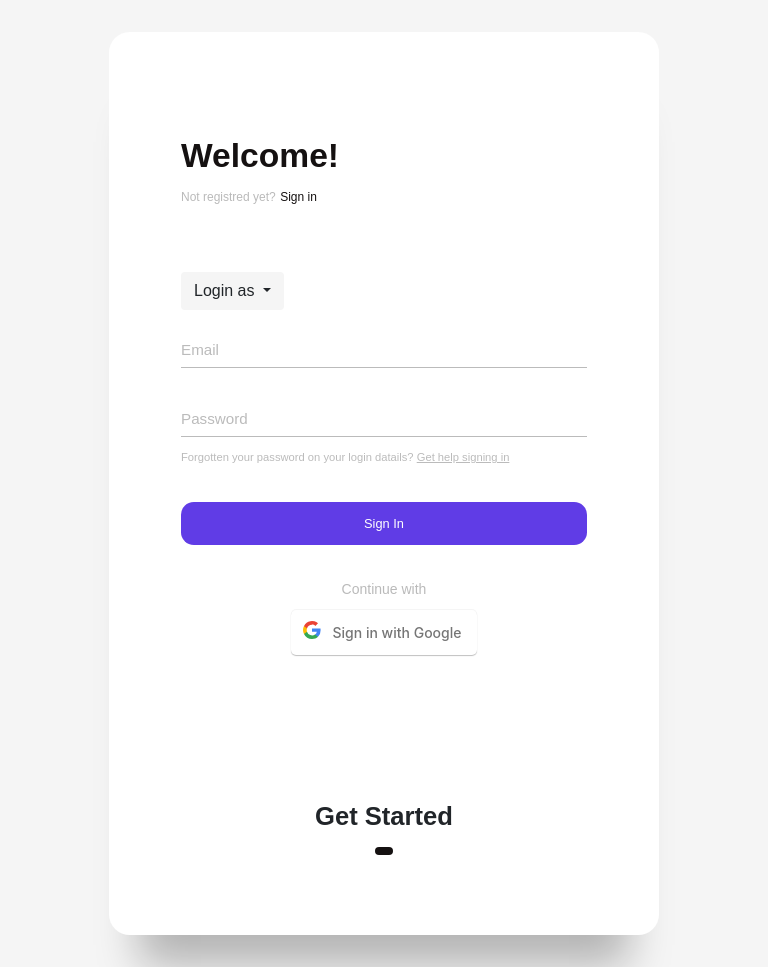
Repository: adrcstro/plate-to-place
Page: http://localhost/Loginsystem/Login.php
An editor plug-in stored every save of this project. The page is shown before and after the next save, followed by the edit.
The browser window is 768 px wide. The pictures show the whole page.
Some web fonts or font styles are not loaded; a fallback is used. Some web libraries are served in a nearby version. The page is run by PHP 8.4 with error messages shown; the project is at /var/www/html/.

Above is the page before, as saved 2023-10-31 13:13:16.

### Loginsystem/login.php
<!DOCTYPE html>
<html lang="en">
<head>
    <meta charset="UTF-8">
    <meta name="viewport" content="width=device-width, initial-scale=1.0">
    <link rel="shortcut icon" type="x-icon" href="../images/webicon.png">
    <link rel="stylesheet" href="../css/bootstrap.min.css">
    <link rel="stylesheet" href="https://cdnjs.cloudflare.com/ajax/libs/font-awesome/6.3.0/css/all.min.css" integrity="sha512-SzlrxWUlpfuzQ+pcUCosxcglQRNAq/DZjVsC0lE40xsADsfeQoEypE+enwcOiGjk/bSuGGKHEyjSoQ1zVisanQ==" crossorigin="anonymous" referrerpolicy="no-referrer"/>
    <link rel="stylesheet" href="login.css">

    <title>Brangay409-3WHeel-Tracking-System</title>
</head>

<body>

<main>
      <div class="box">
        <div class="inner-box">
          <div class="forms-wrap">
            <form action="index.html" autocomplete="off" class="sign-in-form">

<script>
    function changeLoginType(type) {
        document.getElementById('loginDropdown').innerText = 'Login as ' + type;
    }
</script>
              <div class="heading">
                <h2>Welcome!</h2>
                <h6>Not registred yet?</h6>
                <a href="#" class="toggle" data-target="img-2">Sign in</a>
              </div>
              <div class="dropdown">
    <button class="btn dropdown-toggle" type="button" data-bs-toggle="dropdown" aria-expanded="false" id="loginDropdown">
        Login as
    </button>
    <ul class="dropdown-menu">
        <li><a class="dropdown-item" href="#" onclick="changeLoginType('Passenger')">Passenger</a></li>
        <li><a class="dropdown-item" href="#" onclick="changeLoginType('Driver')">Driver</a></li>
        <li><a class="dropdown-item" href="#" onclick="changeLoginType('Admin')">Admin</a></li>
    </ul>
</div>

<div class="formsignin">
              <div class="actual-form">
                <div class="input-wrap">
                  <input
                    type="text"
                    minlength="4"
                    class="input-field"
                    autocomplete="off"
                    required
                  />
                  <label>Email</label>
                </div>

                <div class="input-wrap">
                  <input
                    type="password"
                    minlength="4"
                    class="input-field"
                    autocomplete="off"
                    required
                  />
                  <label>Password</label>
                </div>
                <p class="text">
                  Forgotten your password on your login datails?

                  <a href="Forgotpassword.php" data-target="img-3">Get help signing in</a>
                </p>
                <input type="submit" value="Sign In" class="sign-btn" />
                <h5 id="textcon">Continue with</h5>
                <button type="button" class="login-with-google-btn" >
                Sign in with Google
                 </button>
              </div>
              </div>
            </form>


            <form action="index.html" autocomplete="off" class="sign-up-form">

              <div class="heading">


                <h2>Get Started</h2>
                <h6>Already have an account?</h6>
                <a href="#" class="toggle" data-target="img-1">Sign up</a>
              </div>
              <div class="dropdownsignup">
    <button class="btn dropdown-toggle" type="button" data-bs-toggle="dropdown" aria-expanded="false" id="loginDropdown">
        Signup as
    </button>
    <ul class="dropdown-menu">
        <li><a class="dropdown-item" href="Passenger.php" onclick="changeLoginType('Passenger')">Passenger</a></li>
        <li><a class="dropdown-item" href="Driverlogin.php" onclick="changeLoginType('Driver')">Driver</a></li>
    </ul>
</div>
              <div class="actual-form">
                <div class="input-wrap">
                  <input
                    type="text"
                    minlength="4"
                    class="input-field"
                    autocomplete="off"
                    required
                  />
                  <label>Name</label>
                </div>

                <div class="input-wrap">
                  <input
                    type="email"
                    class="input-field"
                    autocomplete="off"
                    required
                  />
                  <label>Email</label>
                </div>

                <div class="input-wrap">
                  <input
                    type="password"
                    minlength="4"
                    class="input-field"
                    autocomplete="off"
                    required
                  />
                  <label>Password</label>
                </div>
                <p class="text">
                  By signing up, I agree to the
                  <a href="#">Terms of Services</a> and
                  <a href="#">Privacy Policy</a>
                </p>
                <input type="submit" value="Sign Up" class="sign-btn" />
                <div class="logtext">
                <h5 id="textcon">Continue with</h5>
                <button type="button" class="login-with-google-btn" >
                Sign in with Google
                 </button>
                 </div>
              </div>
            </form>



          </div>

          <div class="carousel">
  <div class="images-wrapper">
    <img src="../images/login.svg" class="image img-1 show" data-image="img-1" alt="" />
    <img src="../images/Signup.svg" class="image img-2" data-image="img-2" alt="" />
    <img src="../images/Forgot.svg" class="image img-3" data-image="img-3" alt="" />
  </div>

  <div class="text-slider">
    <div class="text-wrap">
      <div class="text-group">
        <h2>Get Started</h2>
        <h2>Join us</h2>
        <h2>Set new Password</h2>
      </div>
    </div>

    <div class="bullets">
      <span class="active" id="login" data-value="1"></span>

    </div>
  </div>
</div>

<script>
  document.addEventListener("DOMContentLoaded", function () {
    const toggles = document.querySelectorAll(".toggle");

    toggles.forEach(function (toggle) {
      toggle.addEventListener("click", function (e) {
        e.preventDefault();
        const target = toggle.getAttribute("data-target");
        const images = document.querySelectorAll(".image");
        images.forEach(function (image) {
          if (image.classList.contains(target)) {
            image.classList.add("show");
          } else {
            image.classList.remove("show");
          }
        });
      });
    });
  });

</script>






        </div>
      </div>
    </main>



</body>
<script src="../js/bootstrap.bundle.js"></script>
    <script src="login.js"></script>

</html>

### Loginsystem/login.css
@import url("https://fonts.googleapis.com/css2?family=Poppins:wght@200;300;400;500;600;700;800&display=swap");
@import url('https://fonts.googleapis.com/css2?family=Advent+Pro:wght@200&display=swap');
@import url('https://fonts.googleapis.com/css2?family=Advent+Pro:wght@200&family=Montserrat+Alternates&display=swap');
@import url('http://fonts.googleapis.com/css?family=Open+Sans:400,700');
*,
*::before,
*::after {
  padding: 0;
  margin: 0;
  box-sizing: border-box;
}
#textcon{
  padding: 4px;
  text-align: center;
  color: #bababa;
  font-size: 14px;
}
.login-with-google-btn {
  transition: background-color .3s, box-shadow .3s;
  padding: 12px 16px 12px 42px;
  border: none;
  border-radius: 5px;
  box-shadow: 0 -1px 0 rgba(0, 0, 0, .04), 0 1px 1px rgba(0, 0, 0, .25);
  display: block;
    margin: auto;
  color: #757575;
  font-size: 14px;
  font-weight: 500;
  font-family: -apple-system,BlinkMacSystemFont,"Segoe UI",Roboto,Oxygen,Ubuntu,Cantarell,"Fira Sans","Droid Sans","Helvetica Neue",sans-serif;

  background-image: url(data:[embedded picture, 822 characters]);
  background-color: white;
  background-repeat: no-repeat;
  background-position: 12px 11px;

  &:hover {
    background-color: #f3f3f3b6;
  }

  &:active {
    background-color: #eeeeee;
  }
}
  &:focus {
    outline: none;
    box-shadow:
      0 -1px 0 rgba(0, 0, 0, .04),
      0 2px 4px rgba(0, 0, 0, .25),
      0 0 0 3px #c8dafc;
  }

.logo {
  text-align: center;
}
.logo br {
  font-size: 1px; /* Adjust the font size as per your requirement */
}
body,
input {
  font-family: 'Montserrat Alternates', sans-serif;

}
#loginDropdown{
  background-color: whitesmoke;
}

main {
  width: 100%;
  min-height: 100vh;
  overflow: hidden;
  background-color: whitesmoke;
  padding: 2rem;
  display: flex;
  align-items: center;
  justify-content: center;
}

.box {
  position: relative;
  width: 100%;
  max-width: 1020px;
  height: 590px;
  background-color: #fff;
  border-radius: 1.3rem;
  box-shadow: 0 60px 40px -30px rgba(0, 0, 0, 0.27);
}

.inner-box {
  position: absolute;
  width: calc(100% - 4.1rem);
  height: calc(100% - 4.1rem);
  top: 50%;
  left: 50%;
  transform: translate(-50%, -50%);
}

.forms-wrap {
  position: absolute;
  height: 100%;
  width: 45%;
  top: 0;
  left: 0;
  display: grid;
  grid-template-columns: 1fr;
  grid-template-rows: 1fr;
  transition: 0.8s ease-in-out;
}

form {
  max-width: 260px;
  width: 100%;
  margin: 0 auto;
  height: 100%;
  display: flex;
  flex-direction: column;
  justify-content: space-evenly;
  grid-column: 1 / 2;
  grid-row: 1 / 2;
  transition: opacity 0.02s 0.4s;
  border: #aaa;
}

form.sign-up-form {
  opacity: 0;
  pointer-events: none;

}

.logo {
  display: flex;
  align-items: center;
}


.logo h4 {
  font-size: 1.1rem;
  margin-top: -9px;
  letter-spacing: -0.5px;
  color: #151111;
}

.heading h2 {
  font-size: 2.1rem;
  font-weight: 600;
  color: #151111;
}

.heading h6 {
  color: #bababa;
  font-weight: 400;
  font-size: 0.75rem;
  display: inline;
}

.toggle {
  color: #151111;
  text-decoration: none;
  font-size: 0.75rem;
  font-weight: 500;
  transition: 0.3s;
}

.toggle:hover {
  color: #8371fd;
}

.input-wrap {
  position: relative;
  height: 37px;
  margin-bottom: 2rem;
}

.input-field {
  position: absolute;
  width: 100%;
  height: 100%;
  background: none;
  border: none;
  outline: none;
  border-bottom: 1px solid #bbb;
  padding: 0;
  font-size: 0.95rem;
  color: #151111;
  transition: 0.4s;
}

label {
  position: absolute;
  left: 0;
  top: 50%;
  transform: translateY(-50%);
  font-size: 0.95rem;
  color: #bbb;
  pointer-events: none;
  transition: 0.4s;
}

.input-field.active {
  border-bottom-color: #151111;
}

.input-field.active + label {
  font-size: 0.75rem;
  top: -2px;
}
.logtext{
  margin-top: -1rem;
}
.sign-btn {
  display: inline-block;
  width: 100%;
  height: 43px;
  background-color: #603ce6;
  color: #fff;
  border: none;
  cursor: pointer;
  border-radius: 0.8rem;
  font-size: 0.8rem;
  margin-bottom: 2rem;
  transition: 0.3s;
}
.show {
  display: block;
}

.hide {
  display: none;
}

.sign-btn:hover {
  background-color: #6a5cc4;
}

.text {
  color: #bbb;
  font-size: 0.7rem;
  transform: translateY(-20px);
}

.text a {
  color: #bbb;
  transition: 0.3s;

}

.text a:hover {
  color: #8371fd;
}

main.sign-up-mode form.sign-in-form {
  opacity: 0;
  pointer-events: none;
}

main.sign-up-mode form.sign-up-form {
  opacity: 1;
  pointer-events: all;
}

main.sign-up-mode .forms-wrap {
  left: 55%;
}

main.sign-up-mode .carousel {
  left: 0%;
}

.carousel {
  position: absolute;
  height: 100%;
  width: 55%;
  left: 45%;
  top: 0;
  background-color: white;
  border-radius: 2rem;
  display: grid;
  grid-template-rows: auto 1fr;
  padding-bottom: 2rem;
  overflow: hidden;
  transition: 0.8s ease-in-out;
}

.images-wrapper {
  display: grid;
  grid-template-columns: 1fr;
  grid-template-rows: 1fr;
}
.hide {
  display: none;
}
.image {
  width: 100%;
 height: 90%;
  grid-column: 1/2;
  grid-row: 1/2;
  opacity: 0;
  transition: opacity 0.3s, transform 0.5s;
}

.img-1 {
  transform: translate(0, -50px);
}

.img-2 {
  transform: scale(0.4, 0.5);
}

.img-3 {
  transform: scale(0.3) rotate(-20deg);
}

.image.show {
  opacity: 1;
  transform: none;
}

.text-slider {
  display: flex;
  align-items: center;
  justify-content: center;
  flex-direction: column;
margin-top: -4rem;

}

.text-wrap {
  max-height: 3.1rem;
  overflow: hidden;
  margin-bottom: 2.3rem;
}

.text-group {
  display: flex;
  flex-direction: column;
  text-align: center;
  transform: translateY(0);
  transition: 0.5s;
}

.text-group h2 {
  line-height: 2.2rem;
  font-weight: 600;
  font-size: 1.6rem;
}

.bullets {
  display: flex;
  align-items: center;
  justify-content: center;
  margin-top: -2.4rem;
}

.bullets span {
  display: block;
  width: 0.5rem;
  height: 0.5rem;
  background-color: #aaa;
  margin: 0 0.25rem;
  border-radius: 50%;
  cursor: pointer;
  transition: 0.3s;
}

.bullets span.active {
  width: 1.1rem;
  background-color: #151111;
  border-radius: 1rem;
}
.actual-form{
  margin-top: 20px;
  }

.dropdown{
  margin-top: -1rem;
}
.formsignin{
  margin-top: -1.7rem;
}







@media (max-width: 850px) {
  .box {
    height: auto;
    max-width: 550px;
    overflow: hidden;
  }

  .inner-box {
    position: static;
    transform: none;
    width: revert;
    height: revert;
    padding: 2rem;
  }

  .forms-wrap {
    position: revert;
    width: 100%;
    height: auto;
  }

  form {
    max-width: revert;
    padding: 1.5rem 2.5rem 2rem;
    transition: transform 0.8s ease-in-out, opacity 0.45s linear;
  }

  .heading {
    margin: 2rem 0;
  }

  form.sign-up-form {
    transform: translateX(100%);
  }

  main.sign-up-mode form.sign-in-form {
    transform: translateX(-100%);
  }

  main.sign-up-mode form.sign-up-form {
    transform: translateX(0%);
  }

  .carousel {
    position: revert;
    height: auto;
    width: 100%;
    padding: 3rem 2rem;
    display: flex;
  }

  .images-wrapper {
    display: none;
  }

  .text-slider {
    width: 100%;
  }

  .text-slider{
    margin-top: 3rem;
}
.actual-form{
margin-top: 2rem;
}
.dropdown{
  margin-top: 1rem;
}
}





@media (max-width: 528px) {
  main {
    padding: 1rem;
  }

  .box {
    border-radius: 2rem;
  }

  .inner-box {
    padding: 1rem;
  }

  .carousel {
    padding: 1.5rem 1rem;
    border-radius: 1.6rem;
  }

  .text-wrap {
    margin-bottom: 1rem;
  }

  .text-group h2 {
    font-size: 1.2rem;
  }

  form {
    padding: 1rem 2rem 1.5rem;
  }

  .bullets{
    margin-top: -1rem;
}

}


@media (max-width: 390px) {
    .text-slider{
        margin-top: 2rem;
    }

}

### Loginsystem/login.js
const inputs = document.querySelectorAll(".input-field");
const toggle_btn = document.querySelectorAll(".toggle");
const main = document.querySelector("main");
const bullets = document.querySelectorAll(".bullets span");
const images = document.querySelectorAll(".image");

inputs.forEach((inp) => {
  inp.addEventListener("focus", () => {
    inp.classList.add("active");
  });
  inp.addEventListener("blur", () => {
    if (inp.value != "") return;
    inp.classList.remove("active");
  });
});

toggle_btn.forEach((btn) => {
  btn.addEventListener("click", () => {
    main.classList.toggle("sign-up-mode");
  });
});

function moveSlider() {
  let index = this.dataset.value;

  let currentImage = document.querySelector(`.img-${index}`);
  images.forEach((img) => img.classList.remove("show"));
  currentImage.classList.add("show");

  const textSlider = document.querySelector(".text-group");
  textSlider.style.transform = `translateY(${-(index - 1) * 2.2}rem)`;

  bullets.forEach((bull) => bull.classList.remove("active"));
  this.classList.add("active");
}

bullets.forEach((bullet) => {
  bullet.addEventListener("click", moveSlider);
});

document.addEventListener('DOMContentLoaded', function () {
  const toggleLinks = document.querySelectorAll('.toggle');
  toggleLinks.forEach(function(toggleLink) {
    toggleLink.addEventListener('click', function (event) {
      event.preventDefault();
      const targetId = toggleLink.getAttribute('data-target');
      const textSlider = document.querySelector('.text-group');
      if (targetId === 'img-1') {
        const targetText = 'Get Started';
        textSlider.innerHTML = `<h2>${targetText}</h2>`;
      } else if (targetId === 'img-2') {
        const targetText = 'Join us';
        textSlider.innerHTML = `<h2>${targetText}</h2>`;
      }
    });
  });
});

Loaded but not shown: css/bootstrap.min.css (library); js/bootstrap.bundle.js (library); Images/Forgot.svg (1 lines, source omitted); Images/Signup.svg (1 lines, source omitted); Images/login.svg (1 lines, source omitted)

After the next save:
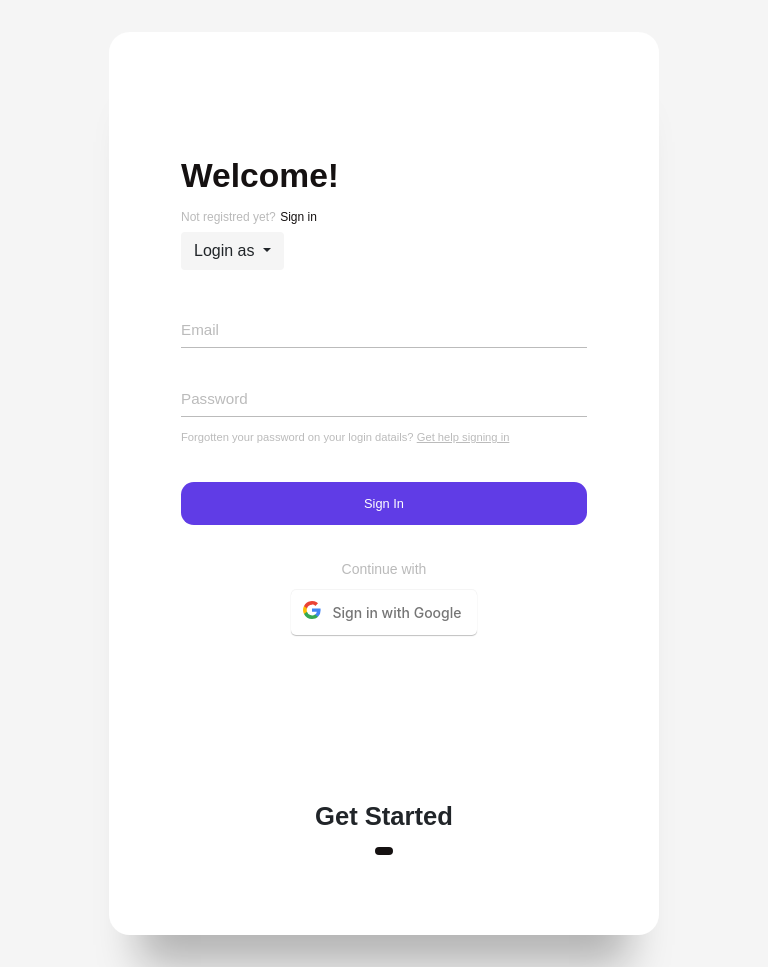
Saved 8 s later.
--- a/Loginsystem/login.css
+++ b/Loginsystem/login.css
@@ -449,7 +449,7 @@ margin-top: -4rem;
 margin-top: 2rem;
 }
 .dropdown{
-  margin-top: 1rem;
+  margin-top: -4rem;
 }
 }
 
